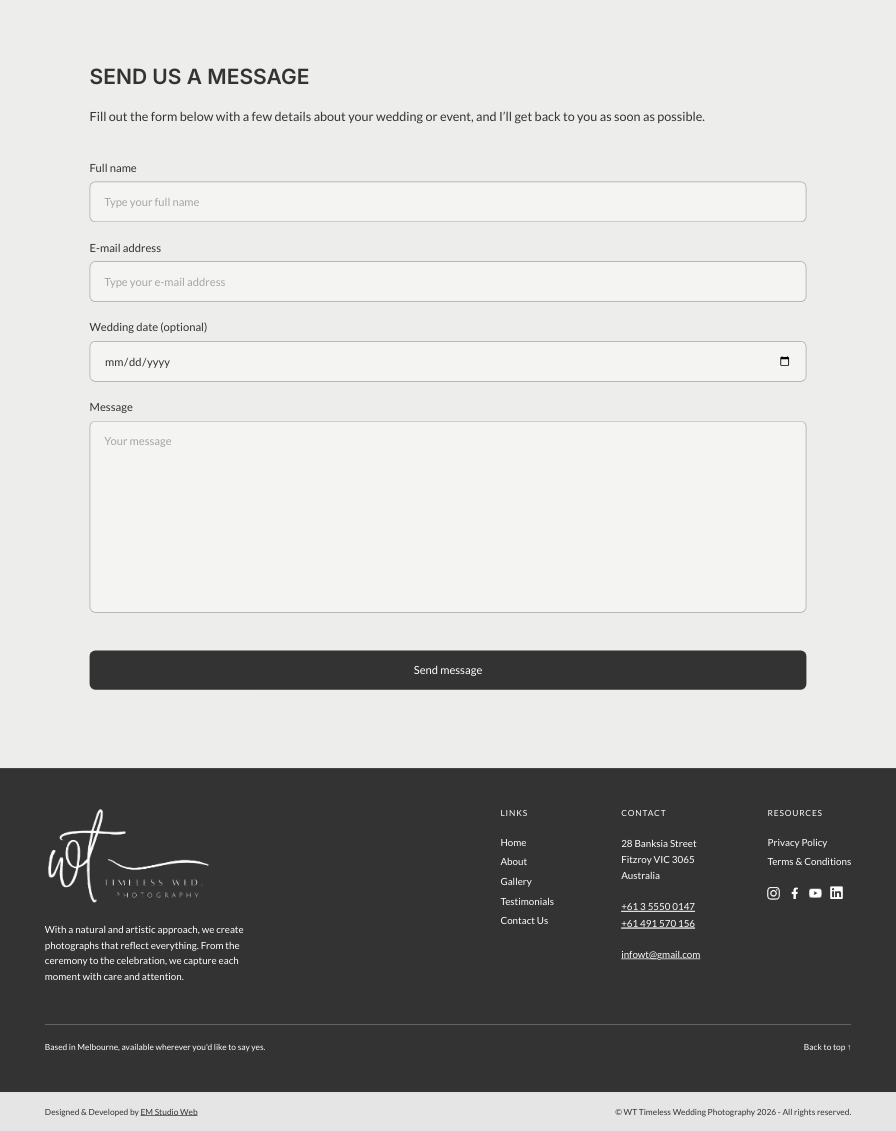
Repository: eduarda-magnago/wt-photography
Page: /contact
An editor plug-in stored every save of this project. The page is shown before and after the next save, followed by the edit.
The browser window is 1280 px wide. The pictures show the part of the page from y = 736 to 2656 px (the page is 2352 px tall before and 2656 px after), at 70% of full size.
Some web fonts or font styles are not loaded; a fallback is used. The project was rebuilt for these pictures with package versions that can differ from the ones it lists, and the page was loaded fresh each time. The framework's server and built-in components were replaced by stand-ins that run in the browser. Also part of the build but not shown: next.config.ts.

Above is the page before, as saved 2026-10-15 12:26:01.

After the next save:
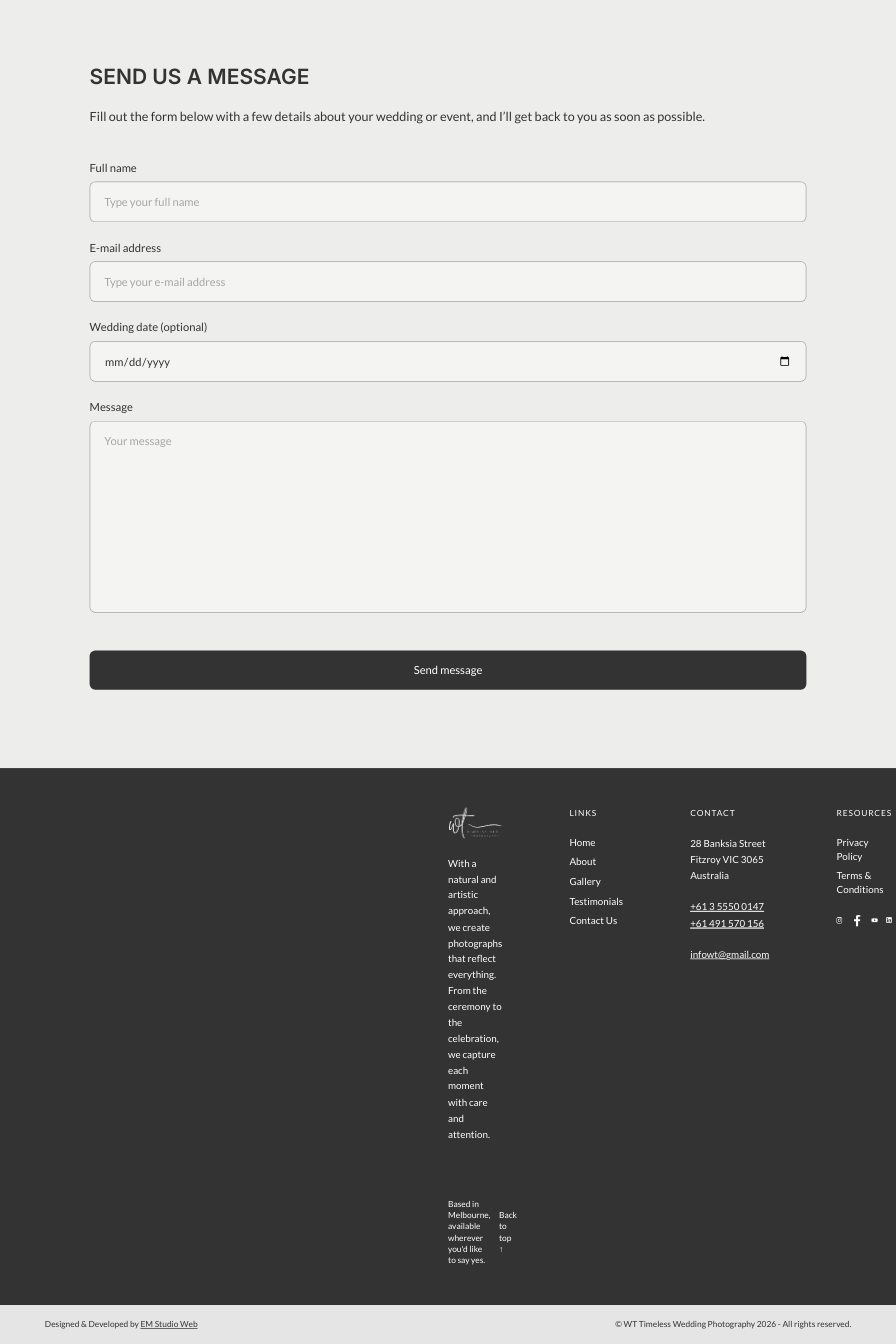
Saved 52 s later.
--- a/components/layout/footer.tsx
+++ b/components/layout/footer.tsx
@@ -14,7 +14,7 @@ const headingClass = "mb-6 text-xs uppercase tracking-widest";
 export default function Footer() {
   return (
     <footer>
-      <div className="bg-ink px-6 py-12 text-sm text-white md:px-16 md:py-14">
+      <div className="bg-ink px-6 py-12 text-sm text-white md:px-160 md:py-14">
         <div className="mx-auto max-w-[1600px]">
           <div className="grid gap-12 md:grid-cols-[1fr_auto_auto_auto] md:gap-24">
             <div>
